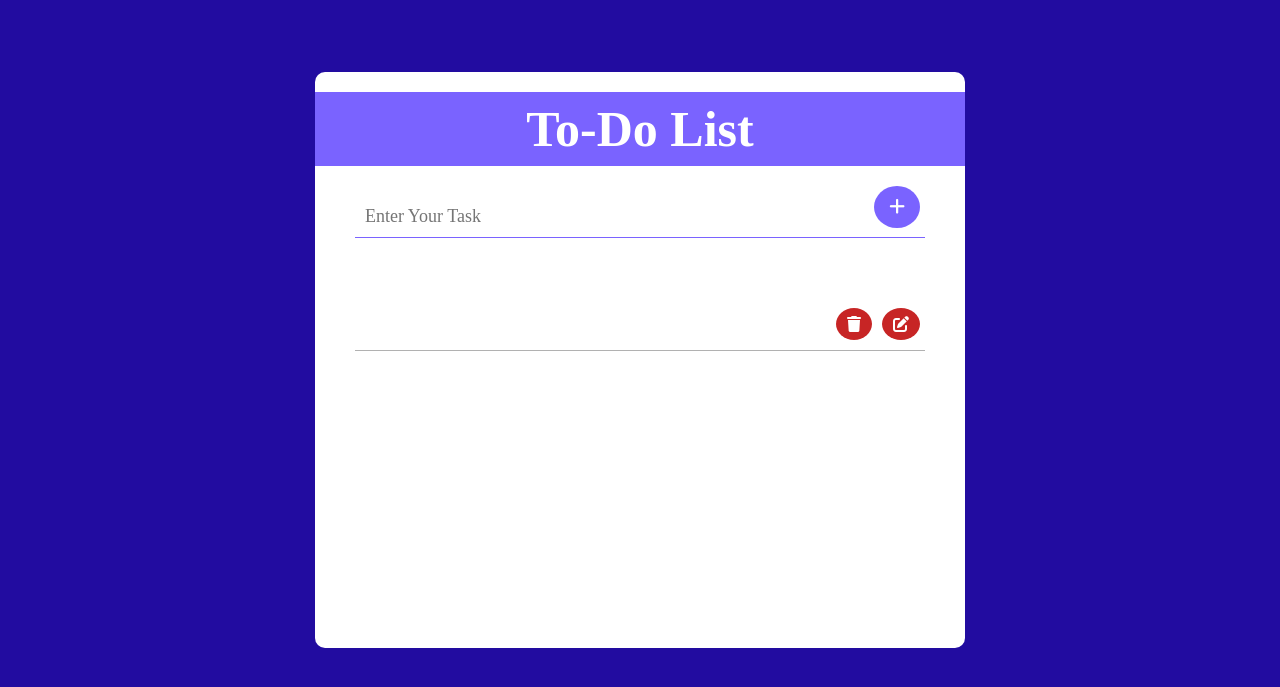
Repository: AliHassan02-Dev/To-Do-App
Page: /, after clicking the first element matching `span.fa-solid`
An editor plug-in stored every save of this project. The page is shown before and after the next save, followed by the edit.
The browser window is 1280 px wide. The pictures show the whole page.
Some web libraries are served in a nearby version. The project was rebuilt for these pictures with package versions that can differ from the ones it lists, and the page was loaded fresh each time. Also part of the build but not shown: vite.config.js.

Above is the page before, as saved 2024-10-28 12:39:48.

After the next save:
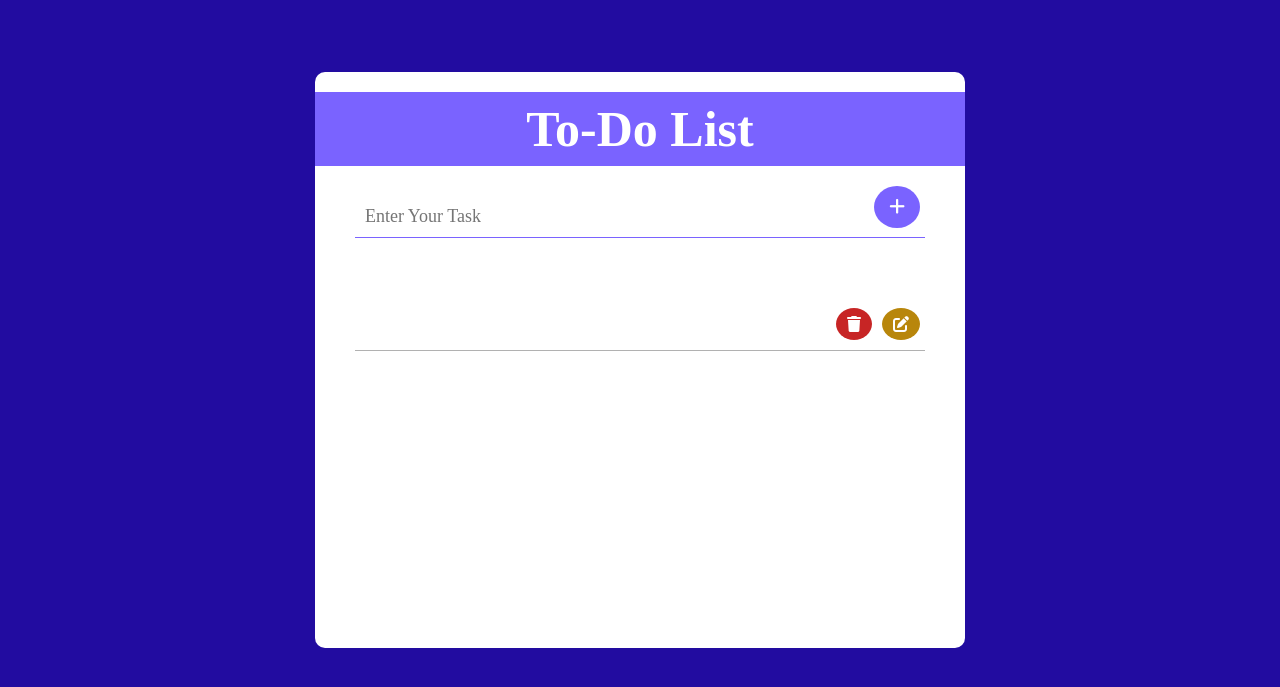
Saved 17 s later.
--- a/src/App.css
+++ b/src/App.css
@@ -134,7 +134,7 @@ body {
 }
 
 span.fa-solid.fa-edit {
-  background-color: darkgoldenrod;
+  background-color: darkgoldenrod !important;
 }
 
 .buttons {
